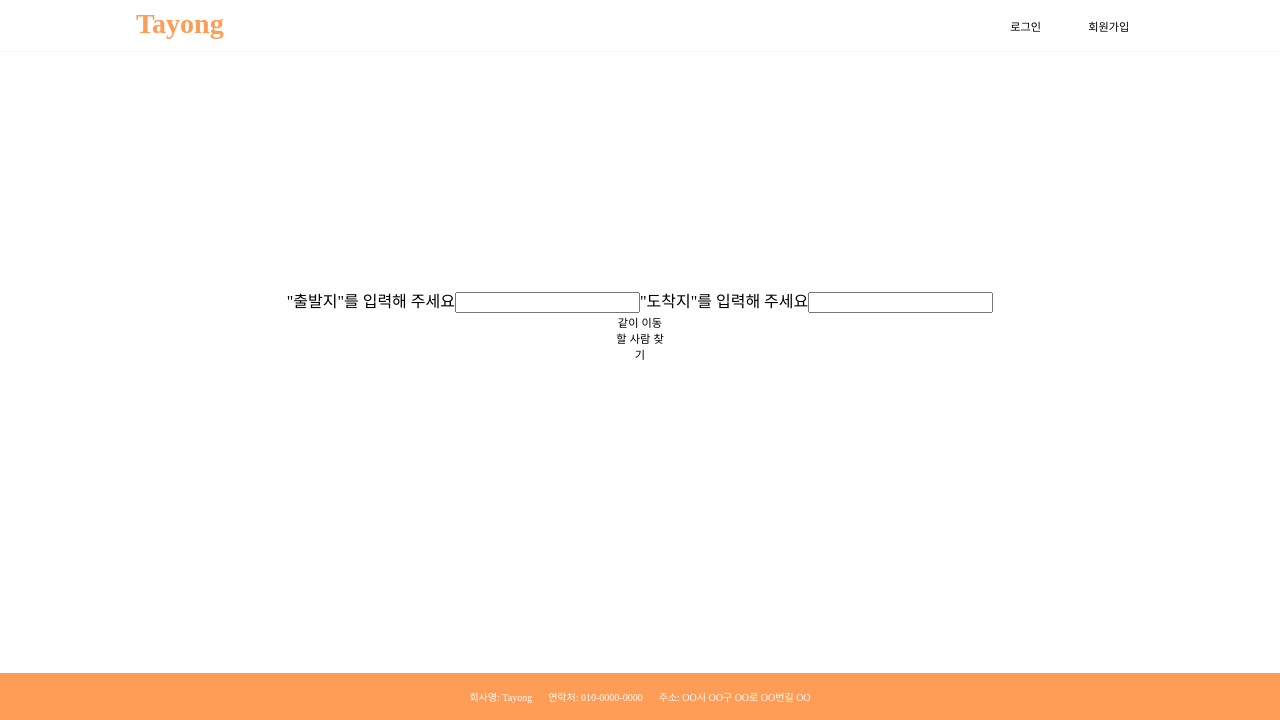
Repository: YEOMJINSEOP/playground
Page: / (app in tayong/)
These files come from the project's save history. The page is drawn as it stood at one moment and after the next save; the edit follows.
The browser window is 1280 px wide. The pictures show the whole page.
The project was rebuilt for these pictures with package versions that can differ from the ones it lists, and the page was loaded fresh each time.

Above is the page before, as saved 2022-10-28 14:03:25.

### tayong/src/App.js
import styles from './App.module.css';
import Header from './components/header/header';
import Footer from './components/footer/footer';
import LocationSelector from './components/locationSelector/locationSelector';

function App() {
  return (
    <>
    <Header/>
    <LocationSelector/>
    <Footer/>
    </>
  );
}

export default App;

### tayong/src/App.module.css
:root{

  /* color */
  --color-orange: #FF9C55;
  --color-light-grey: #f5f5f5;
  --color-white: #ffffff;
  --color-black: #201F1E;

  /* font size */
  --font-large: 48px;
  --font-medium: 28px;
  --font-regular: 18px;
  --font-small: 16px;
  --font-micro: 10px;

  /* font weight */
  --weight-bold: 700;
  --weight-semi-bold: 600;
  --weight-regular: 400;

 /* border weight */
 --border-weight: 1.5px;
}

/* universal setting*/
*{
  margin: 0;
}

button{
  border: none;
  cursor: pointer;
  background-color: transparent;
}

### tayong/src/components/header/header.jsx
import React from 'react';
import styles from './header.module.css';

function Header(props) {
  return (
    <>
      <nav className={styles.navbar}>

        <p className={styles.logo}>Tayong</p>

        <div className={styles.navbarBtn}>
          <button className={styles.btn}>로그인</button>
          <button className={styles.btn}>회원가입</button>
        </div>

      </nav>
    </>
  );
}

export default Header;

### tayong/src/components/footer/footer.jsx
import React from 'react';
import styles from './footer.module.css';

function Footer(props) {
  return (
    <>
     <footer className={styles.footer}>
      <p className={styles.name}>회사명: Tayong</p>
      <p className={styles.phone}>연락처: 010-0000-0000</p>
      <p className={styles.address}>주소: OO시 OO구 OO로 OO번길 OO</p>
     </footer>
    </>
  );
}

export default Footer;

### tayong/src/components/locationSelector/locationSelector.jsx
import React, { useState } from 'react';
import styles from './locationSelector.module.css';

function LocationSelector(props) {
  const [departure, setDeparture] = useState('');
  const [arrival, setArrival] = useState('');
  return (
    <form className={styles.locationSelector}>
      <div className={styles.location}>
        <label htmlFor='departure'><span>"출발지"</span>를 입력해 주세요</label>
          <input
            type="text"
            id='departure'
            name='departure'
            value = {departure}
            onChange = {
              (e) => {
                setDeparture(e.target.value);
              }
            }
         />
          <label htmlFor='arrival'><span>"도착지"</span>를 입력해 주세요</label>
          <input
          type="text"
          id='arrival'
          name='arrival'
          value={arrival}
          onChange={
            (e) => {
              setArrival(e.target.value);
            }
          } />
      </div>
        <button>같이 이동할 사람 찾기</button>
    </form>
  );
}

export default LocationSelector;

### tayong/src/components/header/header.module.css
@import '../../App.module.css';

button{
  width: 4rem;
  font-size: 0.7rem;
}

.navbar{
  width: 100%;
  padding: 0.5rem;

  position: fixed;

  background-color: var(--color-white);
  border-bottom: var(--border-weight) solid var(--color-light-grey);

  display: flex;
  justify-content: space-between;
}

.logo{
  font-size: var(--font-medium);
  font-weight: bold;
  color: var(--color-orange);
  padding-left: 8rem;
  margin-bottom: 0.2rem;
  cursor: pointer;
}

.navbarBtn{
  display: flex;
  flex-direction: row;
  align-items: center;
  padding-right: 8rem;
}

.btn{
  margin-right: 1.2rem;
  height: 1.2rem;
  padding: 0;
  cursor: pointer;
}

### tayong/src/components/footer/footer.module.css
@import '../../App.module.css';

.footer{
  width: 100%;
  padding: 1rem;

  position: fixed;
  bottom: 0;

  background-color: var(--color-orange);
  color: var(--color-white);

  display: flex;
  flex-direction: row;
  justify-content: center;
  font-size: var(--font-micro)
}

p{
  padding-left: 1rem;
}

.address{
  margin-right: 3rem;
}

### tayong/src/components/locationSelector/locationSelector.module.css
@import '../../App.module.css';

.locationSelector{
  position: fixed;

  width: 100%;
  margin: auto;
  top: 40%;

  display: flex;
  flex-direction: column;
  align-items: center;
}

Loaded but not shown: tayong/public/index.html (common file); tayong/src/index.js (common file); tayong/src/index.css (common file); tayong/src/reportWebVitals.js (common file)

After the next save:
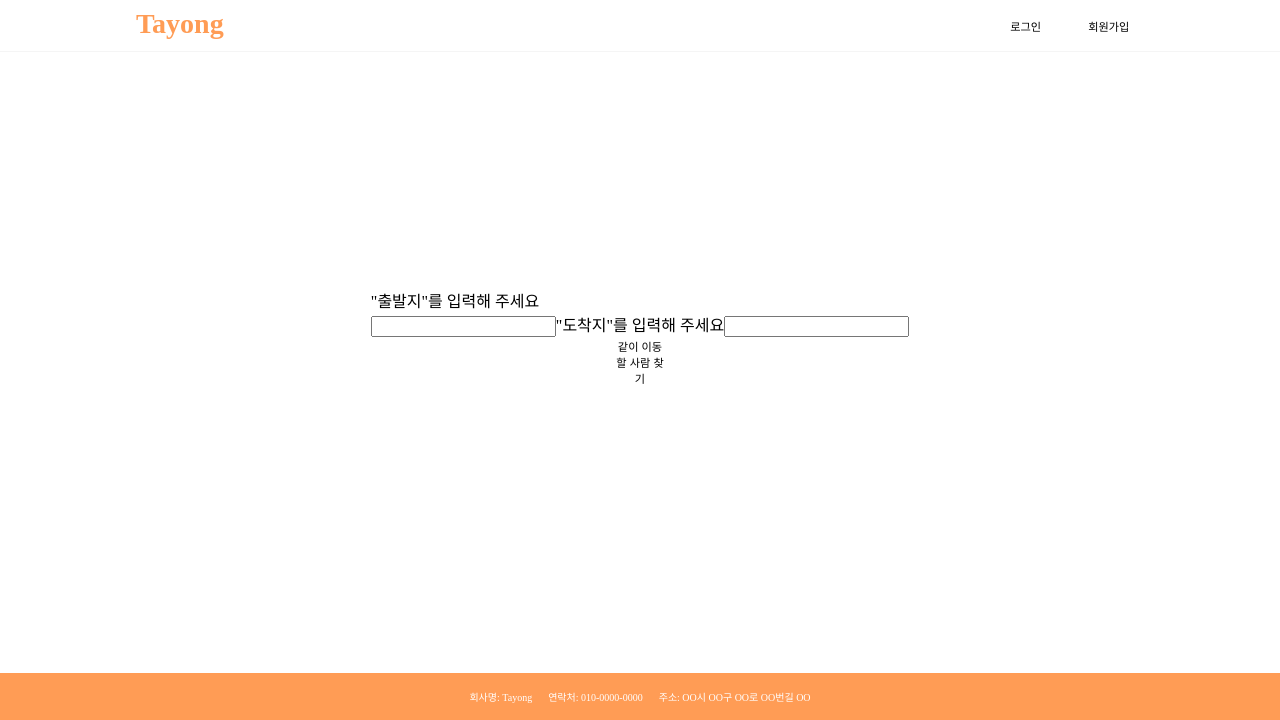
Saved 34 s later.
--- a/tayong/src/components/locationSelector/locationSelector.jsx
+++ b/tayong/src/components/locationSelector/locationSelector.jsx
@@ -7,7 +7,8 @@ function LocationSelector(props) {
   return (
     <form className={styles.locationSelector}>
       <div className={styles.location}>
-        <label htmlFor='departure'><span>"출발지"</span>를 입력해 주세요</label>
+        <div><span>"출발지"</span>를 입력해 주세요</div>
+        <label htmlFor='departure'></label>
           <input
             type="text"
             id='departure'
